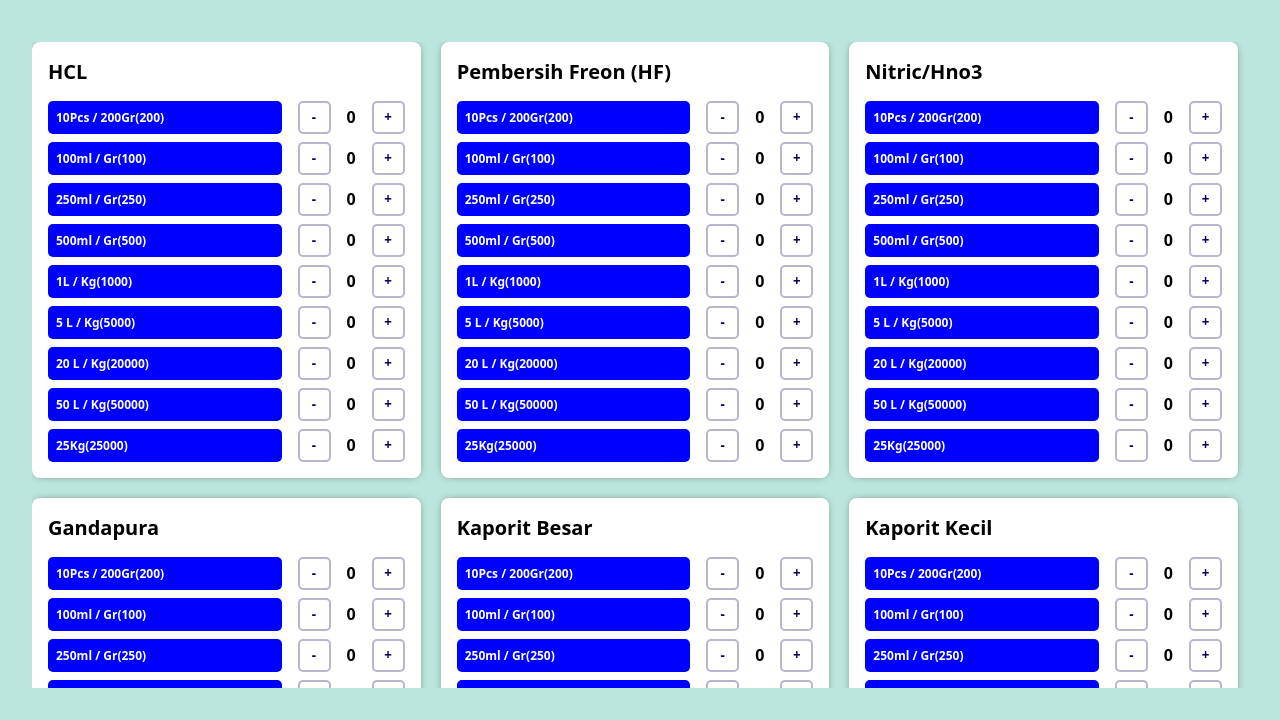
Repository: zuraniumlab-design/upstock-amsk
Page: /
These files come from the project's save history. The page is drawn as it stood at one moment and after the next save; the edit follows.
The browser window is 1280 px wide. The pictures show the whole page.
An inner scrolling area shows only its first screen. The project was rebuilt for these pictures with package versions that can differ from the ones it lists, and the page was loaded fresh each time. Also part of the build but not shown: vite.config.js.

Above is the page before, as saved 2026-06-18 17:05:26.

After the next save:
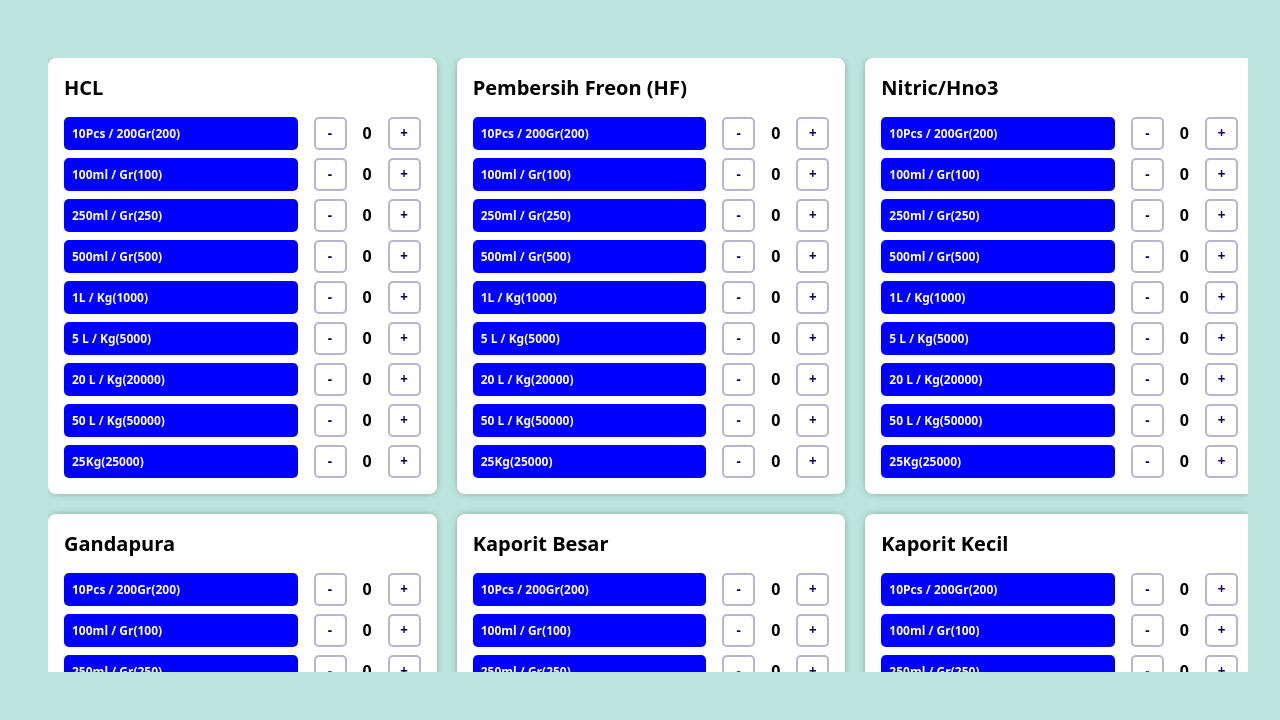
Saved 23 s later.
--- a/src/App.module.css
+++ b/src/App.module.css
@@ -17,6 +17,7 @@
   overflow: hidden;
   position: relative;
   flex-direction: column;
+  padding: 1rem;
 }
 
 .head {

After the save that followed:
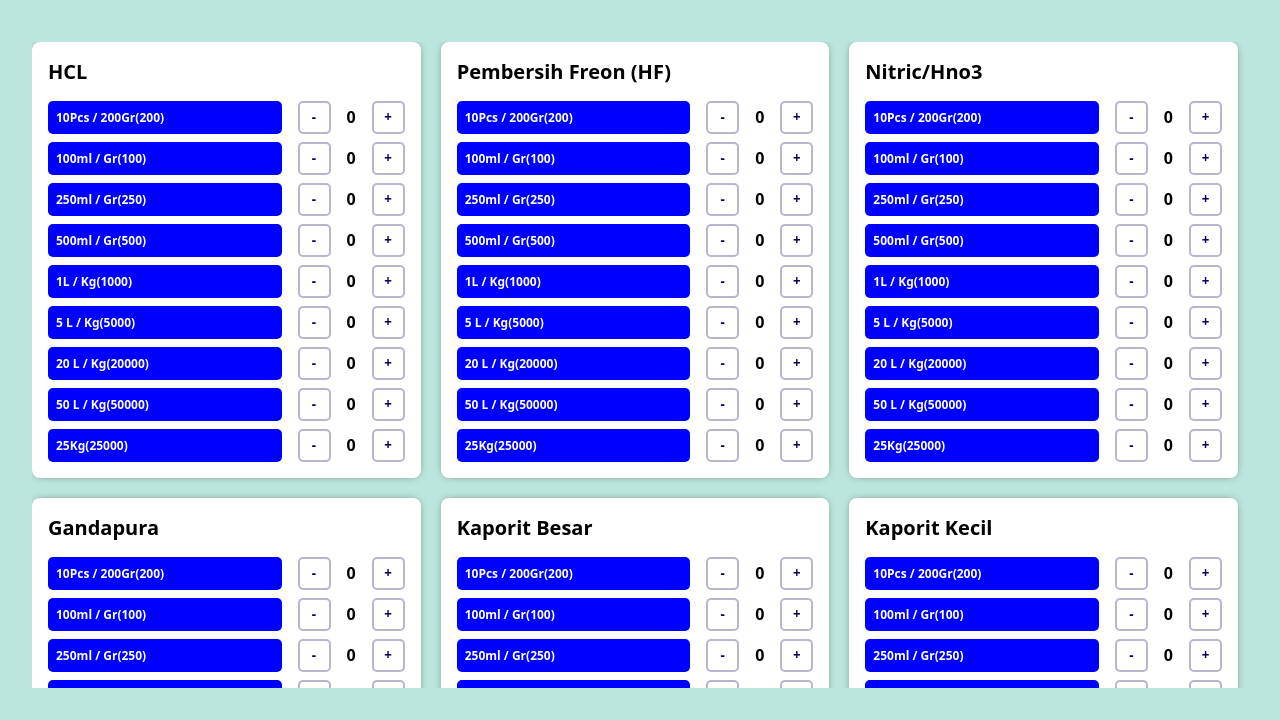
Saved 40 s later.
--- a/src/App.module.css
+++ b/src/App.module.css
@@ -17,7 +17,6 @@
   overflow: hidden;
   position: relative;
   flex-direction: column;
-  padding: 1rem;
 }
 
 .head {
